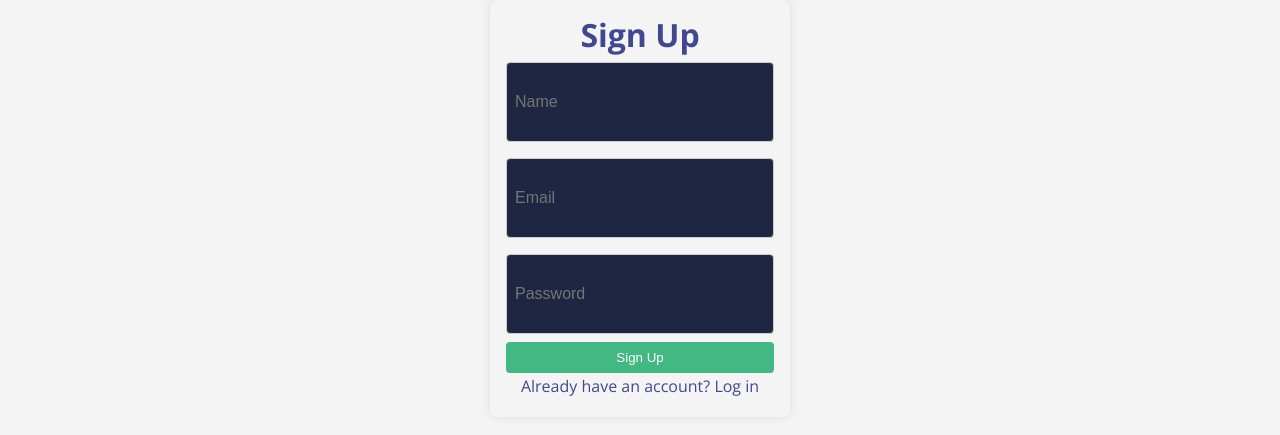
Repository: XiuwenZ/finder
Page: /signup (app in frontend/)
The author's editor kept a copy of each file at every save. The page is drawn from the files as they stood at one save, then again after the next save.
The browser window is 1280 px wide. The pictures show the whole page.
The project was rebuilt for these pictures with package versions that can differ from the ones it lists, and the page was loaded fresh each time. Also part of the build but not shown: frontend/vite.config.js, frontend/src/components/Navbar.jsx, frontend/src/components/Header.jsx, frontend/src/components/RegisteredEvent.jsx, frontend/src/components/EventFilter.jsx, frontend/src/components/MoreEvents.jsx, frontend/src/components/Footer.css, frontend/src/components/ContactForm.jsx and 5 more.

Above is the page before, as saved 2024-02-03 22:11:59.

After the next save:
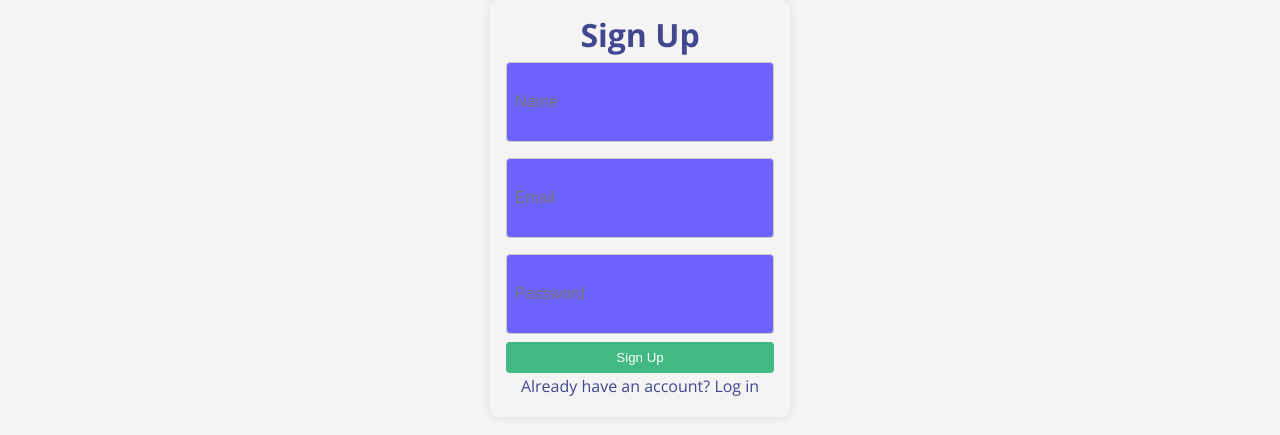
Saved 6 s later.
--- a/frontend/src/components/Login.css
+++ b/frontend/src/components/Login.css
@@ -21,6 +21,7 @@ input {
   margin: 0.5rem 0;
   border: 1px solid #ccc;
   border-radius: 4px;
+  background-color: #6c63ff;
 }
 
 button {
